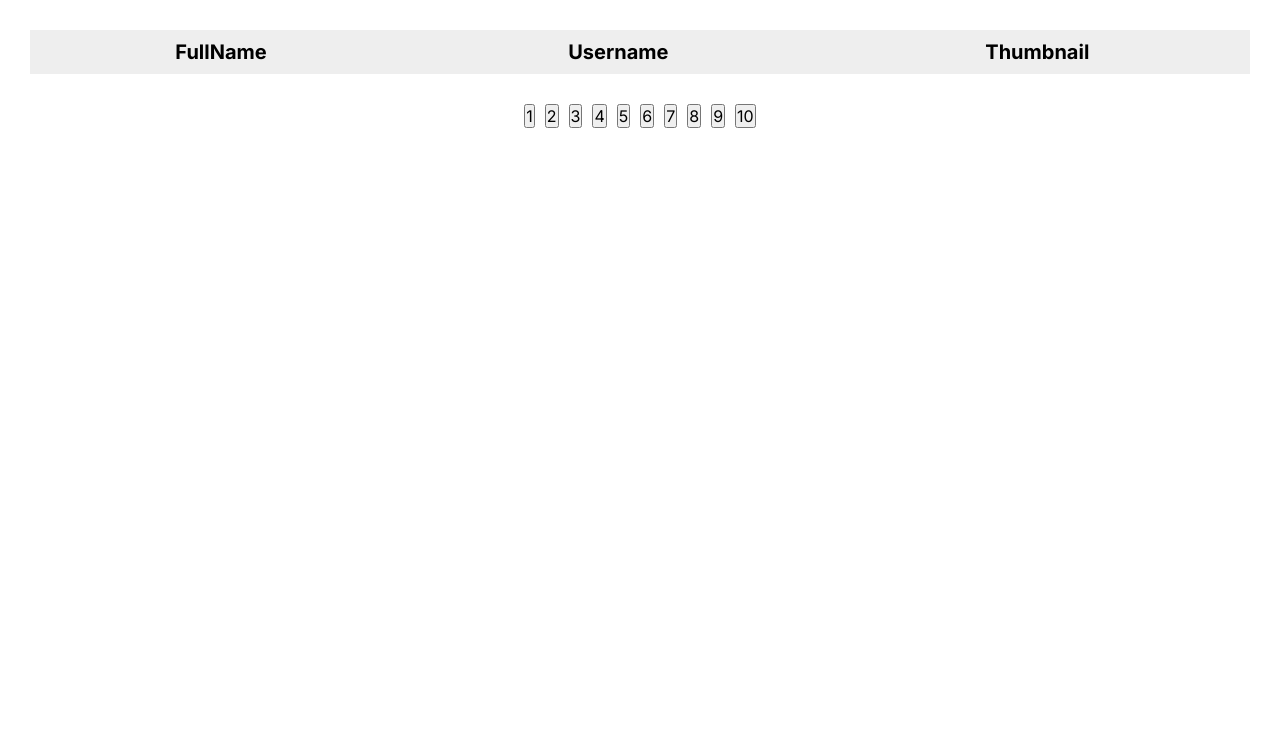
Repository: hoang0508/Test-FrontendReactJs-Twendee
Page: /
The author's editor kept a copy of each file at every save. The page is drawn from the files as they stood at one save, then again after the next save.
The browser window is 1280 px wide. The pictures show the whole page.
The page's requests for data from a server got no answer. The project was rebuilt for these pictures with package versions that can differ from the ones it lists, and the page was loaded fresh each time. No one was signed in, and anything a server would have sent is missing.

Above is the page before, as saved 2023-02-06 21:38:41.

### src/index.tsx
import React from "react";
import ReactDOM from "react-dom/client";
import "./index.scss";
import App from "./App";
import reportWebVitals from "./reportWebVitals";
import { Provider } from "react-redux";
import store from "./redux/store";

const root = ReactDOM.createRoot(
  document.getElementById("root") as HTMLElement
);
root.render(
  <React.StrictMode>
    <Provider store={store}>
      <App />
    </Provider>
  </React.StrictMode>
);

// If you want to start measuring performance in your app, pass a function
// to log results (for example: reportWebVitals(console.log))
// or send to an analytics endpoint. Learn more: https://bit.ly/CRA-vitals
reportWebVitals();

### src/index.scss
@import url("https://fonts.googleapis.com/css2?family=Inter:wght@300;400;500;600;700&display=swap");
*,
*:before,
*:after {
  box-sizing: border-box;
}
* {
  margin: 0;
  padding: 0;
  font: inherit;
}
img,
picture,
svg,
video {
  display: block;
  max-width: 100%;
}
body {
  min-height: 100vh;
  font-family: "Inter", sans-serif;
}

### src/App.tsx
import UserTable from "./components/UserTable";

function App() {
  return (
    <div>
      <UserTable />
    </div>
  );
}

export default App;

### src/redux/store.tsx
import { configureStore, combineReducers } from "@reduxjs/toolkit";
import usersSlice from "./usersSlice";

const reducer = combineReducers({
  users: usersSlice,
});

const store = configureStore({
  reducer: reducer,
  middleware: (getDefaultMiddleware) =>
    getDefaultMiddleware({
      serializableCheck: false,
    }).concat(),
});

export type RootState = ReturnType<typeof store.getState>;

export type AppDispatch = typeof store.dispatch;

export default store;

### src/components/UserTable.tsx
import React, { useEffect } from "react";
import { useDispatch, useSelector } from "react-redux";
import { RootState } from "../redux/store";
import { fetchDataUser, setCurrentPage } from "../redux/usersSlice";
import { ItemData } from "../utils/type";
import Pagination from "./Pagination";
import { v4 } from "uuid";
import "./UserTable.scss";

const UserTable = () => {
  const usersPerPage = 10;
  // dispatch redux
  const dispatch = useDispatch();
  const { users, currentPage } = useSelector((state: any) => state.users);

  useEffect(() => {
    dispatch(
      fetchDataUser({
        currentPage,
        numberPerPage: usersPerPage,
      })
    );
  }, [currentPage, dispatch, usersPerPage]);

  // Change page
  const handlePaginate = (pageNumber: number) =>
    dispatch(setCurrentPage(pageNumber));

  // Get current users
  const currentUsers = users?.results;
  console.log(
    "🚀 ~ file: UserTable.tsx:28 ~ UserTable ~ currentUsers",
    currentUsers
  );

  return (
    <>
      <div className="userTable">
        <table className="userTable-table">
          <thead>
            <tr>
              <th>FullName</th>
              <th>Username</th>
              <th>Thumbnail</th>
            </tr>
          </thead>
          <tbody>
            {currentUsers &&
              currentUsers.length > 0 &&
              currentUsers.map((user: ItemData) => (
                <tr key={v4()}>
                  <td>
                    <span>{user?.name?.title}</span>
                    <span>{user?.name?.first}</span>
                    <span>{user?.name?.last}</span>
                  </td>
                  <td>{user?.login?.username}</td>
                  <td>
                    <div className="image-user">
                      <img src={user?.picture?.thumbnail} alt="" />
                    </div>
                  </td>
                </tr>
              ))}
          </tbody>
        </table>
        <Pagination
          usersPerPage={usersPerPage}
          handlePaginate={handlePaginate}
        />
      </div>
    </>
  );
};

export default UserTable;

### src/redux/usersSlice.tsx
import { createAsyncThunk, createSlice } from "@reduxjs/toolkit";
import axios from "../api/apiConfig";

interface IData {
  currentPage: number;
  numberPerPage: number;
}

// Fectch Data Users
export const fetchDataUser: any = createAsyncThunk(
  "users/fetchUsers",
  async (data: IData, thunkAPI) => {
    const res = await axios.get(
      `?page=${data?.currentPage}&results=${data?.numberPerPage}`
    );
    return res;
  }
);

const userSlice = createSlice({
  name: "user",
  initialState: {
    users: [],
    currentPage: 1,
  },
  reducers: {
    setCurrentPage: (state, action) => ({
      ...state,
      currentPage: action.payload,
    }),
  },
  extraReducers: (builder) => {
    // Add reducers for additional action types here, and handle loading state as needed
    builder.addCase(fetchDataUser.fulfilled, (state: any, action) => {
      // Add user to the state array
      state.users = action.payload;
    });
  },
});

export const { setCurrentPage } = userSlice.actions;
export default userSlice.reducer;

### src/components/Pagination.tsx
import { useSelector } from "react-redux";
import { RootState } from "../redux/store";
import { TotalUser } from "../utils/enum";

interface PropsPagination {
  usersPerPage: number;
  handlePaginate: (itemNunber: number) => void;
}

const Pagination = ({ usersPerPage, handlePaginate }: PropsPagination) => {
  const pageNumbers = [];
  for (let i = 1; i <= Math.ceil(TotalUser.TOTAL_USER / usersPerPage); i++) {
    pageNumbers.push(i);
  }
  const { currentPage } = useSelector((state: RootState) => state.users);

  return (
    <nav>
      <ul className="pagination">
        {pageNumbers.map((itemNumber: number) => (
          <li
            key={itemNumber}
            className={`page-item ${
              currentPage === itemNumber ? "active-page" : ""
            }`}
          >
            <button
              onClick={() => handlePaginate(itemNumber)}
              className="page-link"
            >
              {itemNumber}
            </button>
          </li>
        ))}
      </ul>
    </nav>
  );
};

export default Pagination;

### src/components/UserTable.scss
.userTable {
  margin: 30px;
  &-table {
    border-collapse: collapse;
    width: 100%;
    font-family: "Inter", sans-serif;
  }

  thead {
    background-color: #eee;
    th {
      padding: 10px;
      font-size: 20px;
      font-weight: 700;
    }
  }

  td {
    border: 1px solid #dddddd;
    text-align: center;
    padding: 10px;
    .image-user {
      width: 80px;
      height: 80;
      margin: 0 auto;
      img {
        width: 100%;
        height: 100%;
        object-fit: cover;
        border: 3px solid #fff;
        border-radius: 100rem;
      }
    }
  }

  tr:nth-child(even) {
    background-color: #dddddd;
    font-weight: 600;
  }
}

.pagination {
  display: flex;
  justify-content: center;
  align-items: center;
  gap: 0 10px;
  margin-top: 30px;
  list-style: none;
}

### src/api/apiConfig.ts
import axios from "axios";

const instance = axios.create({
  baseURL: "https://randomuser.me/api/",
});

// Add a request interceptor
instance.interceptors.request.use(
  function (config) {
    // Do something before request is sent
    return config;
  },
  function (error) {
    // Do something with request error
    return Promise.reject(error);
  }
);

// Add a response interceptor
instance.interceptors.response.use(
  function (response) {
    return response && response?.data ? response?.data : response;
  },
  function (error) {
    // Any status codes that falls outside the range of 2xx cause this function to trigger
    // Do something with response error
    return error && error?.message ? error?.message : Promise.reject(error);
  }
);

export default instance;

### src/utils/enum.ts
export enum TotalUser {
  TOTAL_USER = 100,
}

Loaded but not shown: public/index.html (common file); src/reportWebVitals.ts (common file)

After the next save:
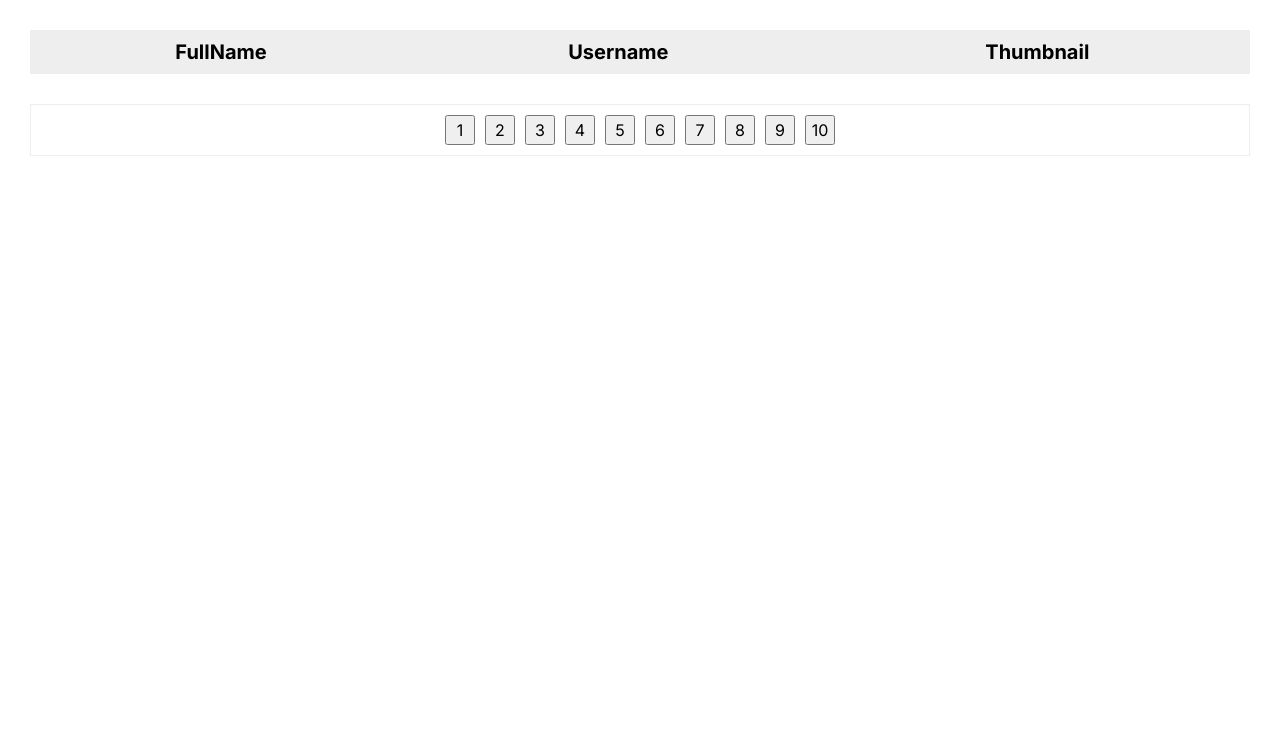
Saved 101 s later.
--- a/src/components/UserTable.scss
+++ b/src/components/UserTable.scss
@@ -46,4 +46,11 @@
   gap: 0 10px;
   margin-top: 30px;
   list-style: none;
+  border: 1px solid #eee;
+  padding: 10px;
+  button.page-link {
+    width: 30px;
+    height: 30px;
+    cursor: pointer;
+  }
 }
